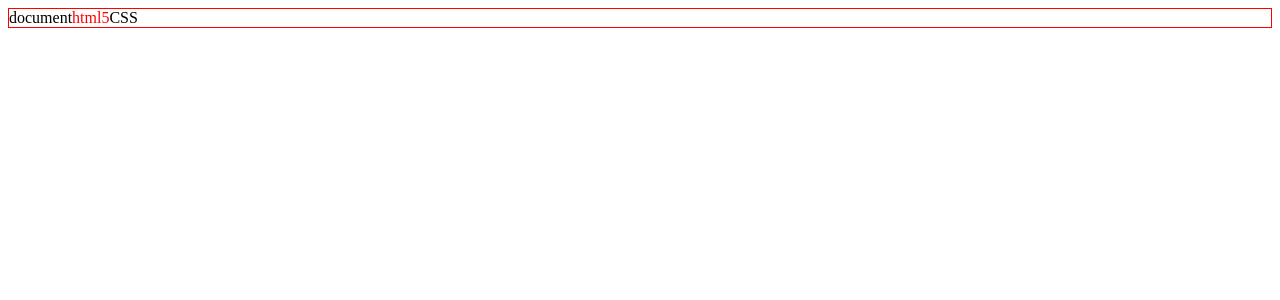
Repository: rightsecond3/java52
Page: workspace_script/dev_html/WebContent/js_document/document_1.html
These files come from the project's save history. The page is drawn as it stood at one moment and after the next save; the edit follows.
The browser window is 1280 px wide. The pictures show the whole page.

Above is the page before, as saved 2019-06-12 03:46:31.

### workspace_script/dev_html/WebContent/js_document/document_1.html
<!DOCTYPE html>
<html>
<head>
<meta charset="UTF-8">
<title>Insert title here</title>
<!-- 외부의 jsp를 가져올 것이면 헤더 태그에 사용 -->
    <script>
    // html태그를 자바스크립트 코드를 통해서 접근하고 제어 할 수 있다.
    // 자바스크립트도 오픈소스(자바스크립트 프레임워크 발전 - node.js, angular.js
    //                                                 ,react.js, vue.js)가 있다
    // document는 모든 태그의 최상위 객체이다.- documnet_1.html
    </script>
</head>
<body>
<!-- 내부에서만 사용할 것이면 바디에서 사용 -->
<!-- style과 script의  순서를 바꾸어도 document는 DOM트리의 최상위기 때문에 접근 가능-->
    <style>
    	#parent {
    		border : 1px solid red;
    	}
    </style>
    <script>
    /* 자바 스크립트를 이용 document 객체의 API를 이용해서 div를 실행시킬 수 잇다. */
    // write -> 브라우저에 텍스트를 써주는 함수
        document.write("<div id='parent'>");
        document.write("document","<font color='red'>","html5","</font>","CSS");
        document.write("</div>");
    </script>
</body>
</html>

After the next save:
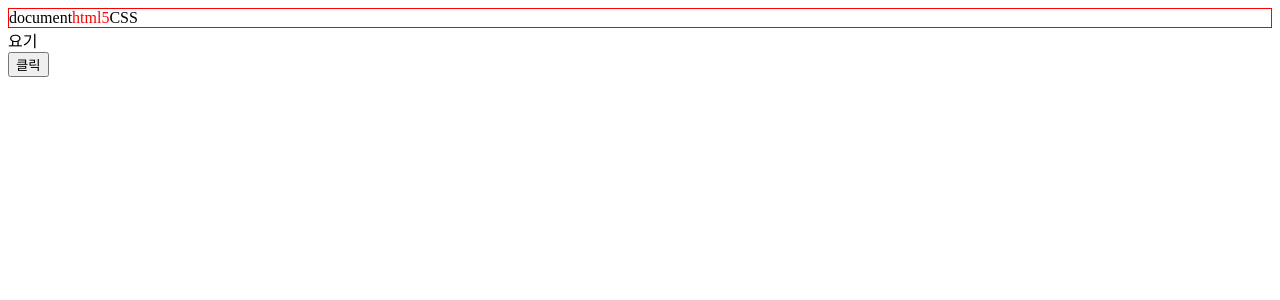
Saved 40 s later.
--- a/workspace_script/dev_html/WebContent/js_document/document_1.html
+++ b/workspace_script/dev_html/WebContent/js_document/document_1.html
@@ -4,11 +4,21 @@
 <meta charset="UTF-8">
 <title>Insert title here</title>
 <!-- 외부의 jsp를 가져올 것이면 헤더 태그에 사용 -->
-    <script>
+    <script type="text/javascript" src="https://code.jquery.com/jquery-3.4.1.min.js">
     // html태그를 자바스크립트 코드를 통해서 접근하고 제어 할 수 있다.
     // 자바스크립트도 오픈소스(자바스크립트 프레임워크 발전 - node.js, angular.js
     //                                                 ,react.js, vue.js)가 있다
     // document는 모든 태그의 최상위 객체이다.- documnet_1.html
+    function send() {
+        // div id="msg"에 대한 주소번지를 같게 됨
+        var temp = document.getElementById("msg");
+        // div의 주소번지를 알림
+        alert(temp);
+        //innerHTML, ex.네이버 자동완성 기능..
+        //페이지에 대한 새로고침 없이 새로운 정보를 추가로 보여주는 태그
+        //div msg 태그의 요기를 innerHTML로 테이블 형태로 바꿔줌
+        temp.innerHTML = "<table border='1'><tr><td>저기</td></tr></table>";
+    }
     </script>
 </head>
 <body>
@@ -16,15 +26,22 @@
 <!-- style과 script의  순서를 바꾸어도 document는 DOM트리의 최상위기 때문에 접근 가능-->
     <style>
     	#parent {
+            /* solid : 단선 */
     		border : 1px solid red;
     	}
     </style>
     <script>
     /* 자바 스크립트를 이용 document 객체의 API를 이용해서 div를 실행시킬 수 잇다. */
-    // write -> 브라우저에 텍스트를 써주는 함수
+    // write -> 브라우저에 문자열을 출력해줌.
+    // + 연산자 대신 , 를 사용할 수도 있다.
         document.write("<div id='parent'>");
         document.write("document","<font color='red'>","html5","</font>","CSS");
         document.write("</div>");
     </script>
+    <div id="msg"> <!-- 시각적인 변화가 없는 태그 : 공간분할에 쓰여지는 태그 span태그 또한 해당 -->
+    요기
+    </div>
+    <!-- onClick -> ActionPerformed -->
+    <button onClick="send()">클릭</button>
 </body>
 </html>
